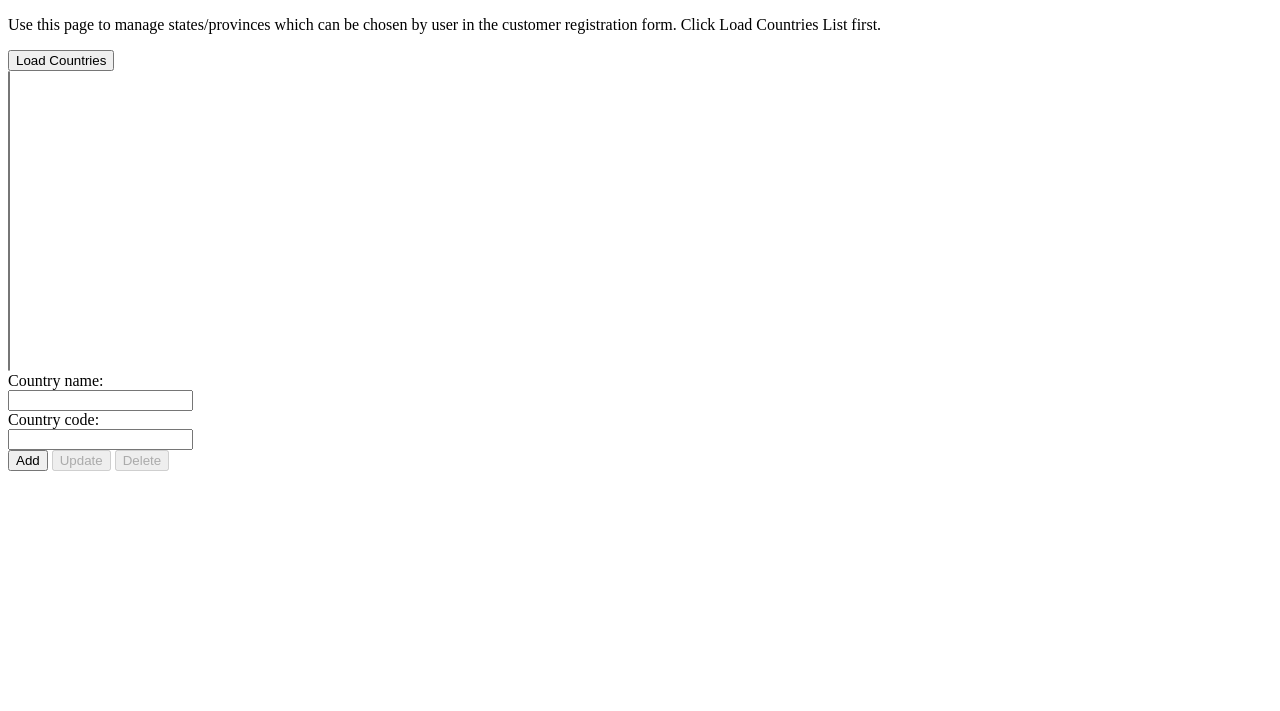
Repository: thanhadp24/mylocal
Page: http://localhost/settings/states
An editor plug-in stored every save of this project. The page is shown before and after the next save, followed by the edit.
The browser window is 1280 px wide. The pictures show the whole page.
The page is this project's Thymeleaf template; nobody is signed in. The template is opened directly, without the code that normally fills it, so the values that code supplies are empty.

Above is the page before, as saved 2024-12-09 15:51:25.

After the next save:
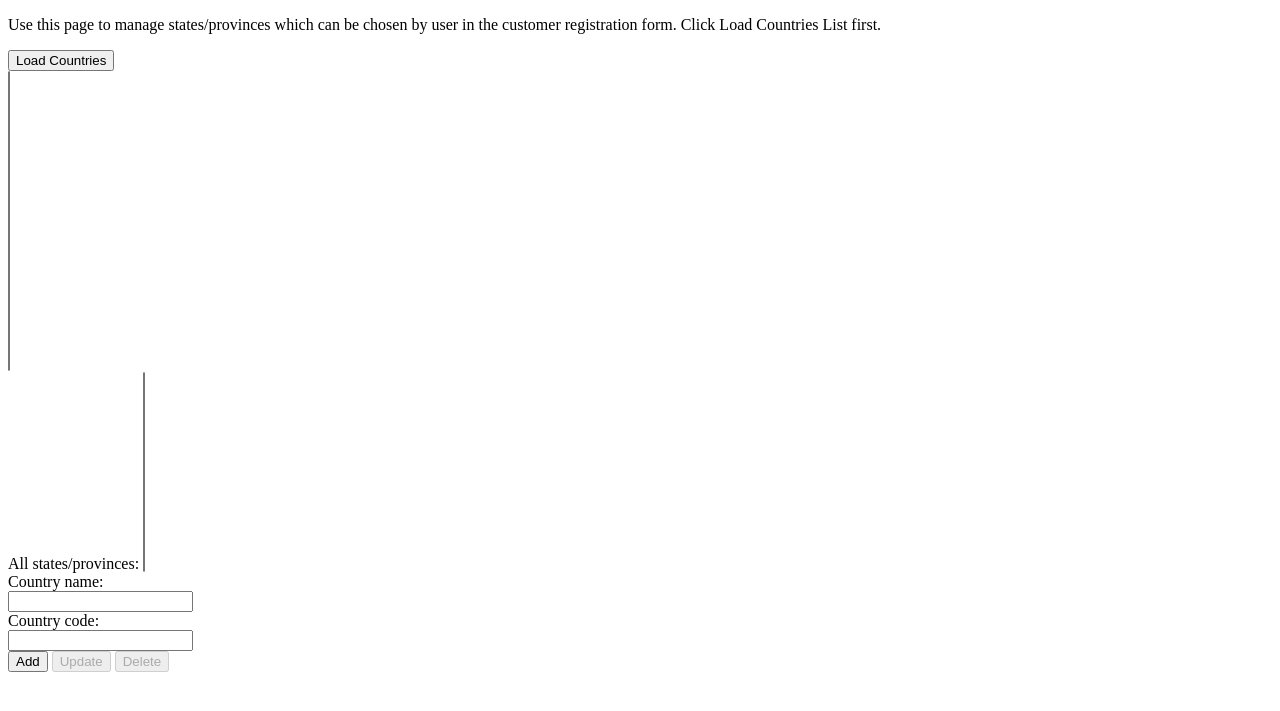
Saved 115 s later.
--- a/ShopappProject/ShopappWebParent/ShopappBackEnd/src/main/resources/templates/settings/states.html
+++ b/ShopappProject/ShopappWebParent/ShopappBackEnd/src/main/resources/templates/settings/states.html
@@ -12,6 +12,11 @@
 	</div>
 	<div>
 		<select class="form-control m-1" id="dropdownCountry" style="height: 300px" size="3">
+		</select>
+	</div>
+	<div>
+		<label class="col-form-label mt-2">All states/provinces:</label>
+		<select class="form-control" style="height: 200px" size="3">
 		</select>
 	</div>
 	<div class="form-group row m-2">
